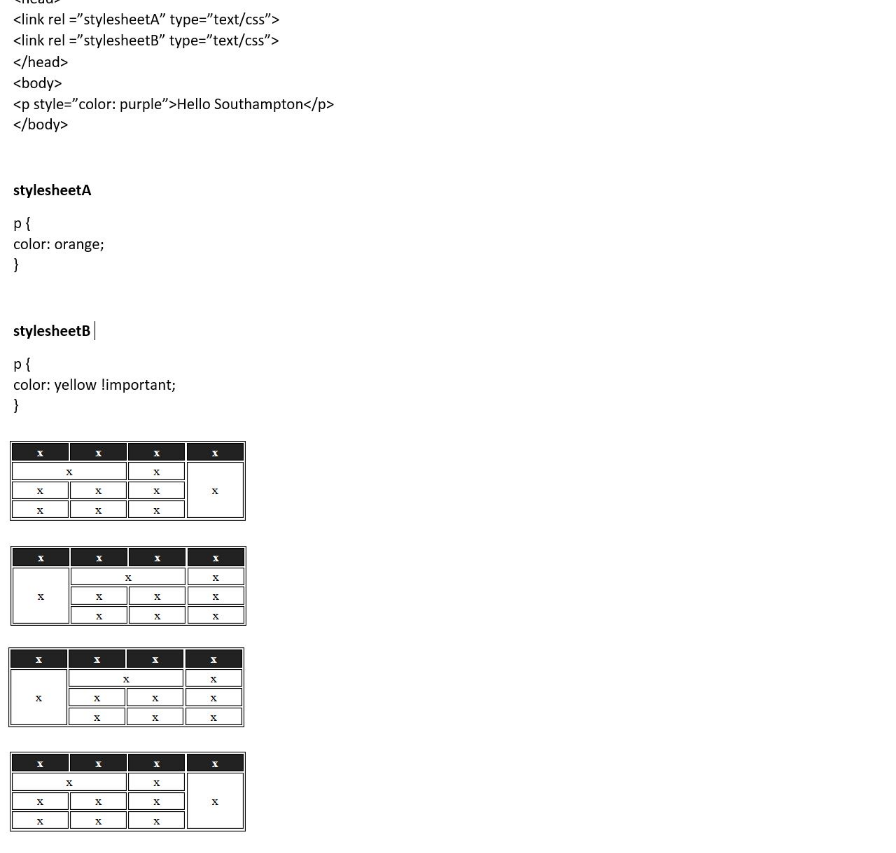
Repository: DigitalExperienceTeam/assessmentImages
Page: index.html
The author's editor kept a record of every edit. The page is drawn from the files as they stood at one moment, then again after the next edit.
The browser window is 1280 px wide. The pictures show the part of the page from y = 3317 to 5237 px (the page is 4535 px tall before and 5237 px after), at 70% of full size.

Above is the page before.

### index.html
<!DOCTYPE html>
<html lang="en">
<head>
    <meta charset="UTF-8">
    <meta name="viewport" content="width=device-width, initial-scale=1.0">
    <meta http-equiv="X-UA-Compatible" content="ie=edge">
    <title>Document</title>
</head>
<body>

    <p><img src="Question6.jpg"></p>

    <p><img src="Question7A.jpg"></p>

    <p><img src="Question7B.jpg"></p>

    <p><img src="Question7C.jpg"></p>

    <p><img src="Question7D.jpg"></p>

    <p><img src="css1.jpg"></p>

    <p><img src="css2.jpg"></p>

     <p><img src="table1.jpg"></p>

     <p><img src="table2.jpg"></p>

     <p><img src="table3.jpg"></p>

     <p><img src="table1.jpg"></p>

</body>
</html>

After the next edit:
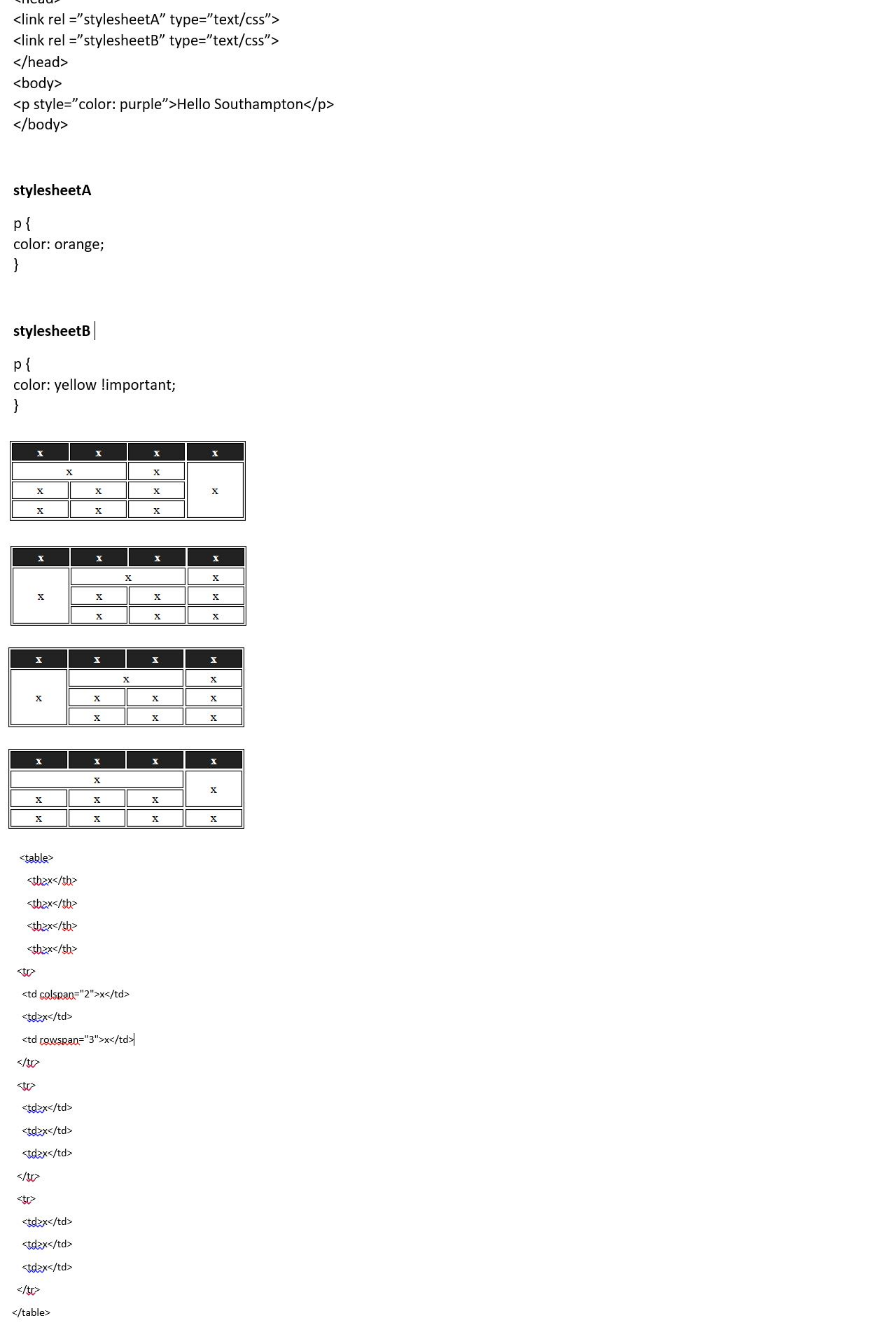
The edit:
--- a/index.html
+++ b/index.html
@@ -28,7 +28,9 @@
 
      <p><img src="table3.jpg"></p>
 
-     <p><img src="table1.jpg"></p>
+     <p><img src="table4.jpg"></p>
+
+     <p><img src="tablecode.jpg"></p>
 
 </body>
 </html>
